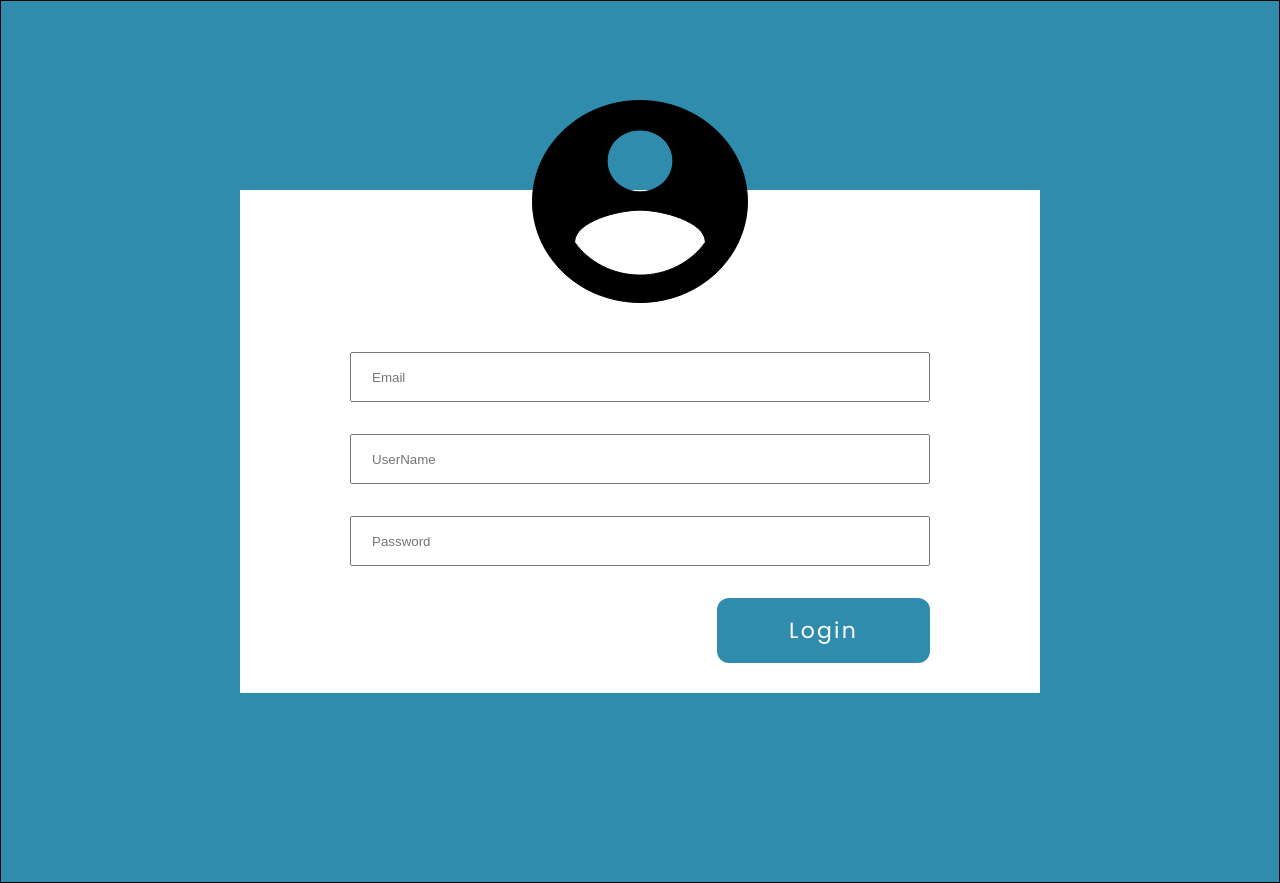
Repository: SabrinaSeydaliyeva/Agency-website
Page: pages/loginPage/index.html
The author's editor kept a copy of each file at every save. The page is drawn from the files as they stood at one save, then again after the next save.
The browser window is 1280 px wide. The pictures show the whole page.

Above is the page before, as saved 2023-09-14 16:24:11.

### pages/loginPage/index.html
<!DOCTYPE html>
<html lang="en">

<head>
    <meta charset="UTF-8">
    <meta http-equiv="X-UA-Compatible" content="IE=edge">
    <meta name="viewport" content="width=device-width, initial-scale=1.0">
    <title>Login</title>
    <link rel="stylesheet" href="../../css/reset.css">
    <link rel="stylesheet" href="index.css">
</head>

<body>
    <div class="container">
        <div class="form-box">
            <form action="">
                <input class="email-input" type="email" name="email" placeholder="Email">
                <input class="name-input" type="text" name="name" placeholder="UserName">
                <input class="password-input" type="password" placeholder="Password">
                <button>Login</button>
            </form>
        </div>
        <div class="profil-img">
            <img src="./images/profil.svg" alt="">
        </div>
    </div>
</body>
<script src="./index.js"></script>

</html>

### pages/loginPage/index.css
@import url("https://fonts.googleapis.com/css2?family=Poppins&display=swap");
.container {
  width: 100%;
  min-height: 100vh;
  padding: 189px;
  display: flex;
  justify-content: center;
  align-items: center;
  border: 1px solid #000;
  background: #2f8cad;
  background: #2f8cad lightgray 50%/cover no-repeat;
  /* background: lightgray 50% / cover no-repeat; */
  box-shadow: 0px 4px 4px 0px rgba(0, 0, 0, 0.25);
}
.container .profil-img {
  position: absolute;
  top: 100px;
  width: 216px;
  height: 203px;
}
.container .form-box {
  position: relative;
  width: 800px;
  padding: 162px 110px 30px 110px;
  background: #fff;
}
.container .form-box form input {
  margin-bottom: 32px;
  width: 100%;
  height: 50px;
  padding: 0 20px;
}
.container .form-box form button {
  width: 213px;
  height: 65px;
  margin-left: auto;
  display: block;
  border: none;
  border-radius: 12px;
  background: #2f8cad;
  color: #fff;
  text-align: center;
  font-family: Poppins;
  font-size: 22px;
  font-style: normal;
  font-weight: 400;
  line-height: normal;
  letter-spacing: 2.2px;
}

### pages/loginPage/index.js
let form=document.querySelector("form")
let emailInput=document.querySelector(".email-input")
let nameInput=document.querySelector(".name-input")
let passwordInput=document.querySelector(".password-input")

form.addEventListener("submit", handleRegister)
let dataBase=[]
function handleRegister(e) {
e.preventDefault()
console.log(emailInput.value);
console.log(nameInput.value);
console.log(passwordInput.value);

let user ={
    email: emailInput.value,
    name: nameInput.value,
    password: passwordInput.value,
}
dataBase.push(user)
form.reset()
console.log(dataBase);
}

Loaded but not shown: css/reset.css (common file)

After the next save:
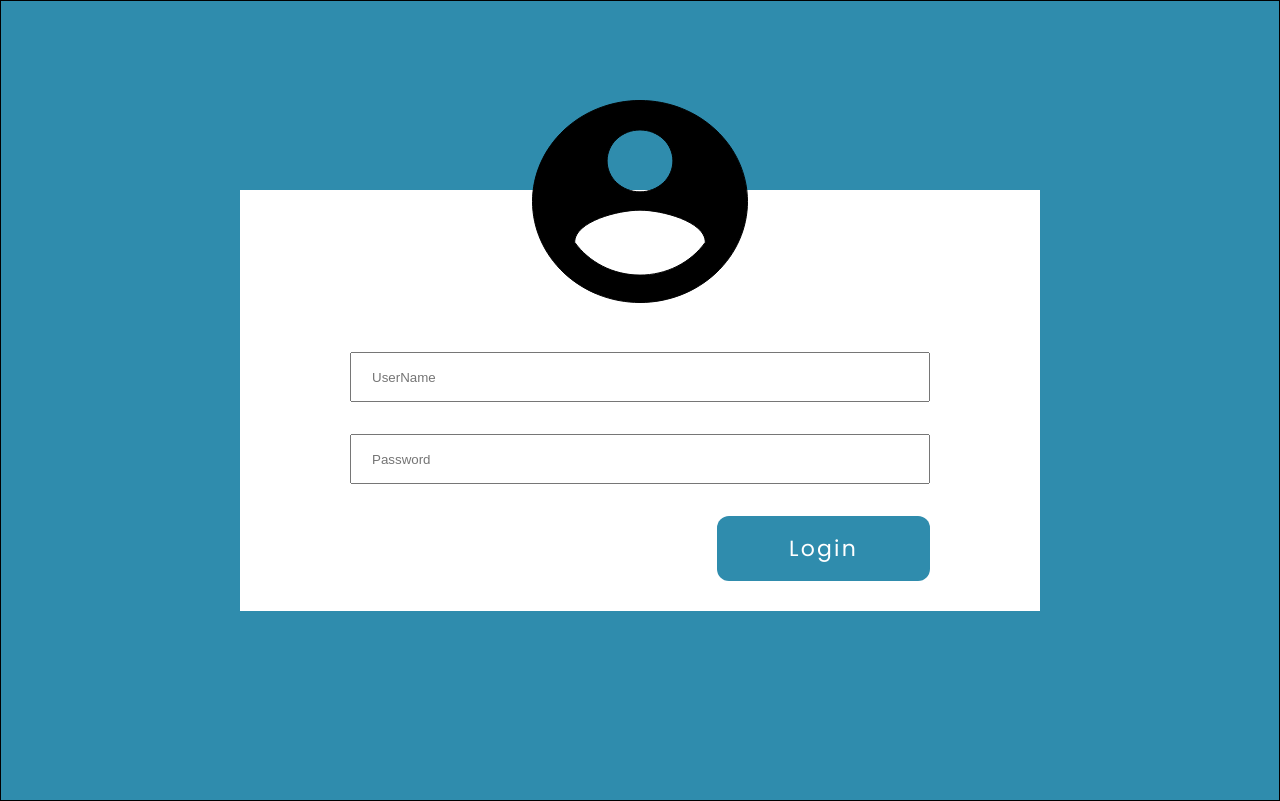
Saved 5 s later.
--- a/pages/loginPage/index.html
+++ b/pages/loginPage/index.html
@@ -14,7 +14,6 @@
     <div class="container">
         <div class="form-box">
             <form action="">
-                <input class="email-input" type="email" name="email" placeholder="Email">
                 <input class="name-input" type="text" name="name" placeholder="UserName">
                 <input class="password-input" type="password" placeholder="Password">
                 <button>Login</button>
